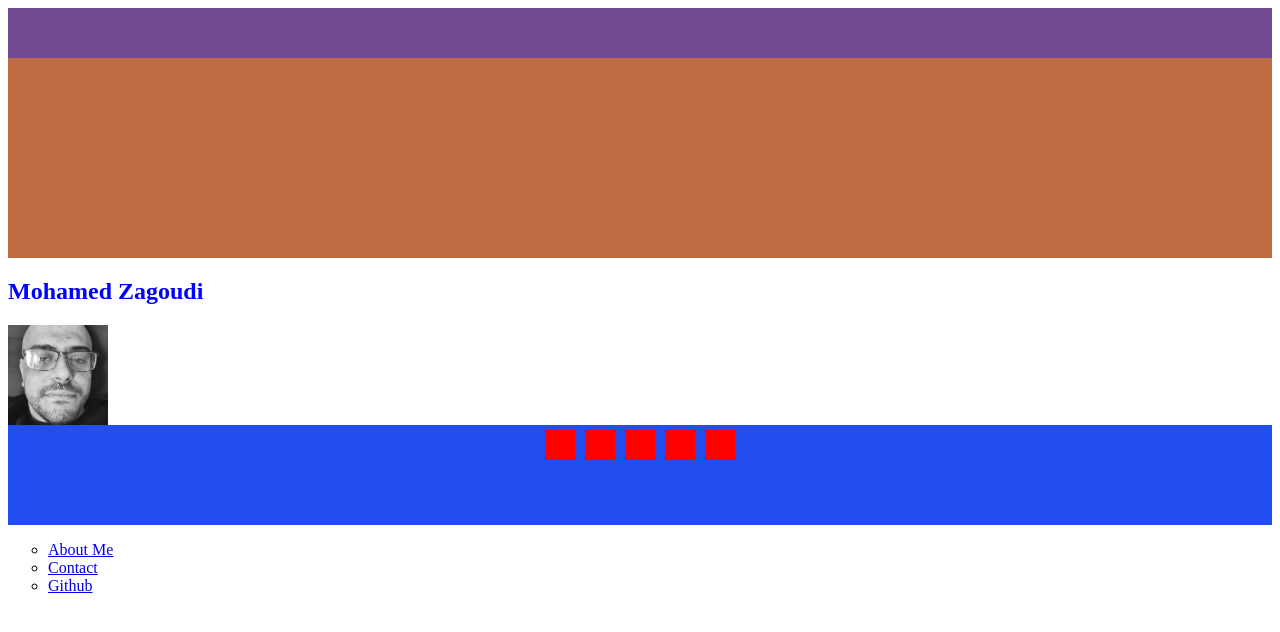
Repository: Mohzagou/Eersteportofolio
Page: index.html
An editor plug-in stored every save of this project. The page is shown before and after the next save, followed by the edit.
The browser window is 1280 px wide. The pictures show the whole page.

Above is the page before, as saved 2022-06-07 20:04:52.

### index.html
<!DOCTYPE html>


<head>
    <link rel="stylesheet" href="styles.css" />
    <meta charset="UTF-8">

    <title>Document</title>
</head>

<body>

    <header></header>
    <div class="about-me"></div>
    <h2 id="name">Mohamed Zagoudi</h2>
    <img class="avatar" src="images/67gwzvy.jpeg" alt="Mohamed Zagoudi headshot " />
    <div>


        <section>
            <div class="test"></div>
            <div class="test"></div>
            <div class="test"></div>
            <div class="test"></div>
            <div class="test"></div>
        </section>
        <footer>
            <ul style="list-style-type: circle ">
                <li><a href=" ">About Me</a></li>
                <li><a href=" ">Contact</a></li>
                <li><a href="https://github.com/Mohzagou ">Github</a></li>

            </ul>

        </footer>



</body>



</html>

### styles.css
body {
    display: flex;
    flex-direction: column;
}

header {
    width: 100%;
    height: 50px;
    background-color: rgb(113, 74, 145);
}

section {
    width: 100%;
    height: 100px;
    background-color: #234def;
    display: flex;
    justify-content: center;
}

.about-me {
    width: 100%;
    height: 200px;
    background-color: rgb(177, 69, 21, 0.8);
    /*margin: 10px 0 10px 0;
    border: solid black 10px;
    border-radius: 15px;*/
}

.avatar {
    width: 100px;
}

#name {
    color: blue;
}

.test {
    width: 30px;
    height: 30px;
    background-color: red;
    margin: 5px;
}

After the next save:
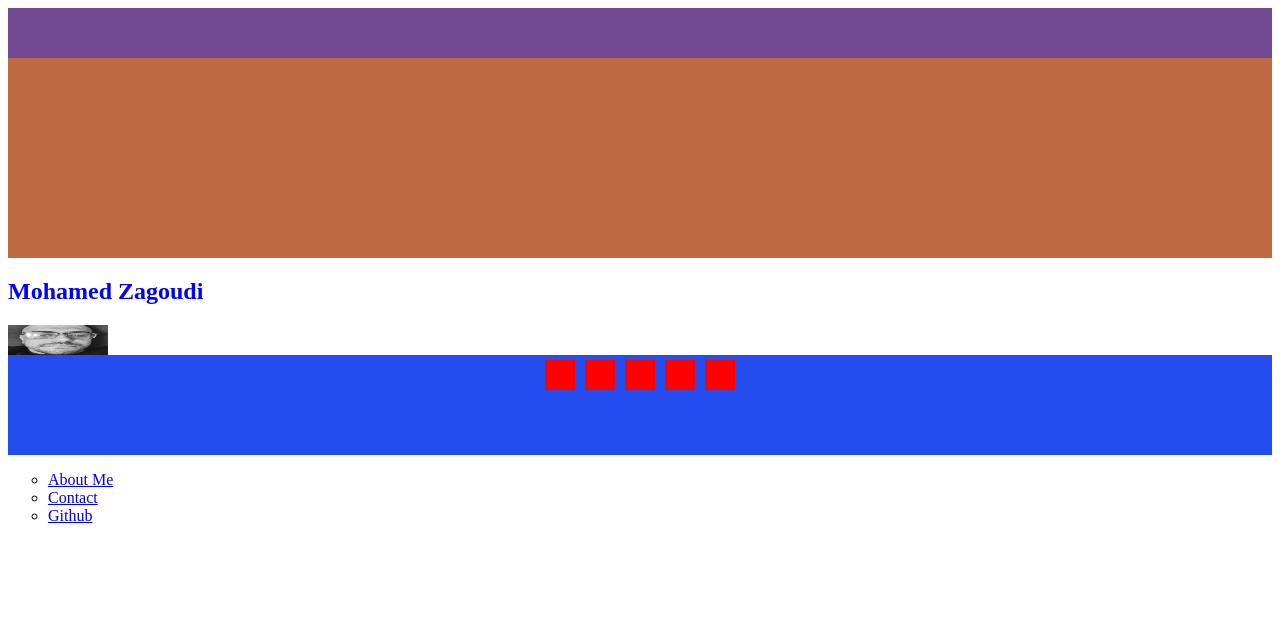
Saved 47 s later.
--- a/styles.css
+++ b/styles.css
@@ -28,6 +28,7 @@ section {
 
 .avatar {
     width: 100px;
+    height: 30px;
 }
 
 #name {
